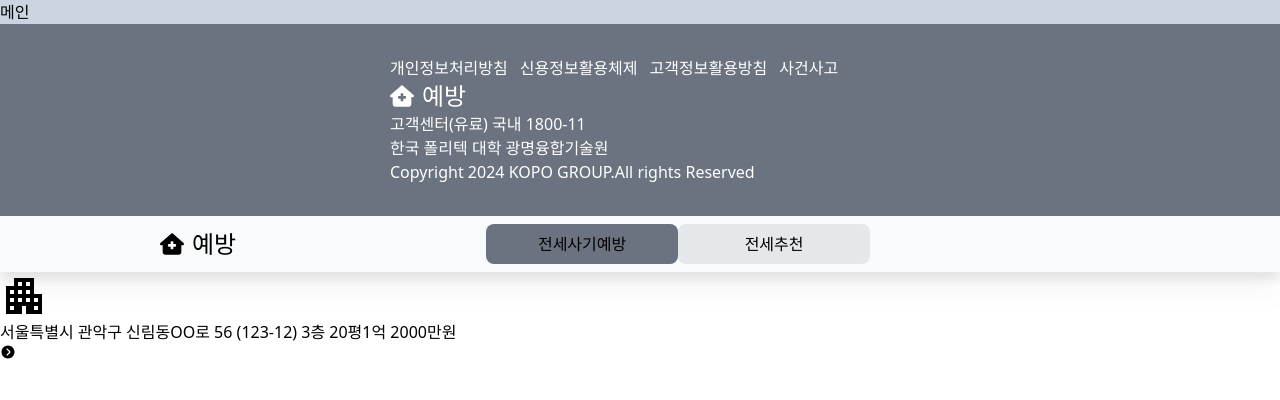
Repository: hanaTI-team-1/frontend
Page: /
These files come from the project's save history. The page is drawn as it stood at one moment and after the next save; the edit follows.
The browser window is 1280 px wide. The pictures show the whole page.
The project was rebuilt for these pictures with package versions that can differ from the ones it lists, and the page was loaded fresh each time. Also part of the build but not shown: vite.config.js, src/App.css, src/components/Recommend.jsx, src/components/Protect.jsx.

Above is the page before, as saved 2024-07-11 21:32:19.

### src/App.jsx
import { Route, Routes } from "react-router-dom";
import "./App.css";
import Main from "./components/Main";
import Recommend from "./components/Recommend";
import Protect from "./components/Protect";

function App() {
  return (
    <>
      <Routes>
        <Route path="/" element={<Main />} />
        <Route path="/protect" element={<Protect />} />
        <Route path="/recommend" element={<Recommend />} />
      </Routes>
    </>
  );
}

export default App;

### src/components/Main.jsx
import { Footer } from './Footer';
import { Header } from './Header';
import { JeonseCard } from './JeonseCard';

export default function Main() {
  return (
    <>
      <div className="bg-slate-300">메인</div>
      <Footer />
      <Header />
      <ul>
        <JeonseCard />
      </ul>
    </>
  );
}

### src/components/Footer.jsx
import { Logo } from './Logo'

export const Footer = () => {
  return <footer className='h-48 flex items-center justify-center bg-gray-500 text-white'>
    <div className='min-w-[500px]'>
      <nav>
        <ul className='flex gap-3'>
          <li className='cursor-pointer'>개인정보처리방침</li>
          <li className='cursor-pointer'>신용정보활용체제</li>
          <li className='cursor-pointer'>고객정보활용방침</li>
          <li className='cursor-pointer'>사건사고</li>
        </ul>
      </nav>
      <div><Logo /></div>
      <div>고객센터(유료) 국내 1800-11</div>
      <div>한국 폴리텍 대학 광명융합기술원</div>
      <div>Copyright 2024 KOPO GROUP.All rights Reserved</div>
    </div>
  </footer>
}

### src/components/Header.jsx
import { Logo } from './Logo'
import { Link } from 'react-router-dom'

export const Header = () => {
  return <header className='bg-slate-50 xl:px-40 flex w-full h-14 items-center justify-between drop-shadow-xl'>
    <Logo />
    <nav className='flex'>
      {/* 클릭하면 /proctect로 이동 */}
      <Link to={"/protect"}
        className='h-10 leading-10 rounded-lg bg-gray-500 text-center w-48 cursor-pointer hover:bg-gray-600 hover:rounded-full duration-150'
      >
        전세사기예방
      </Link>
      {/* 클릭하면 /로 이동 */}
      <Link to={"/recommend"}
        className='h-10 leading-10 rounded-lg bg-gray-200 text-center w-48 cursor-pointer hover:bg-gray-300 hover:rounded-full duration-150'
      >
        전세추천
      </Link>
    </nav>
    <div />
  </header>

}

### src/components/JeonseCard.jsx
import { IoIosArrowDroprightCircle } from 'react-icons/io'
import { MdApartment } from 'react-icons/md'

export const JeonseCard = () => {
  return <li>
    {/* right box */}
      <div>
        {/* icon */}
        <div>
          <MdApartment size={48}/>
        </div>
        <div>
          <span>서울특별시 관악구 신림동</span>
          <span>OO로 56 (123-12) 3층 20평</span>
          <span>1억 2000만원</span>
        </div>
        <div>
          <IoIosArrowDroprightCircle />
        </div>
      </div>
  </li>
}

### src/components/Logo.jsx
import { FaHouseMedical } from 'react-icons/fa6'
import { Link } from 'react-router-dom'

export const Logo = () => {
  return <Link to={"/"} className='flex items-center gap-2 cursor-pointer'>
    <FaHouseMedical size={24} />
    <span className='text-2xl'>예방</span>
  </Link>
}

Loaded but not shown: index.html (common file); src/main.jsx (common file); src/index.css (common file); tailwind.config.js (common file)

After the next save:
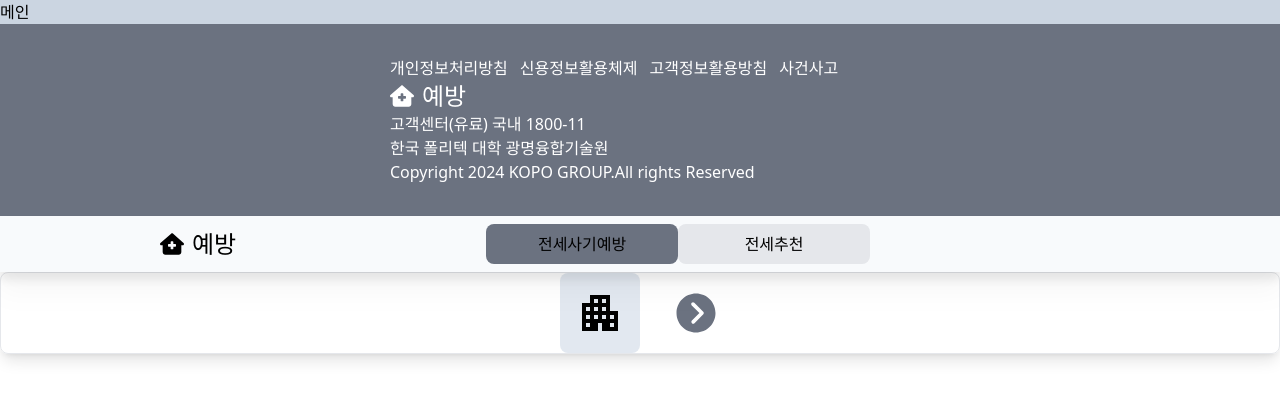
Saved 4 min 9 s later.
--- a/src/components/JeonseCard.jsx
+++ b/src/components/JeonseCard.jsx
@@ -1,21 +1,21 @@
 import { IoIosArrowDroprightCircle } from 'react-icons/io'
 import { MdApartment } from 'react-icons/md'
 
-export const JeonseCard = () => {
-  return <li>
+export const JeonseCard = ({address1, address2, price}) => {
+  return <li className='flex gap-4 border shadow-lg items-center justify-center cursor-pointer rounded-lg'>
     {/* right box */}
-      <div>
+      <div className='flex gap-4 items-center'>
         {/* icon */}
-        <div>
+        <div className='h-20 w-20 flex items-center justify-center bg-slate-200 rounded-lg'>
           <MdApartment size={48}/>
         </div>
-        <div>
-          <span>서울특별시 관악구 신림동</span>
-          <span>OO로 56 (123-12) 3층 20평</span>
-          <span>1억 2000만원</span>
+        <div className='flex flex-col'>
+          <span className='font-bold text-lg'>{address1}</span>
+          <span className='text-xs opacity-40'>{address2}</span>
+          <span className='font-bold text-lg'>{price}</span>
         </div>
         <div>
-          <IoIosArrowDroprightCircle />
+          <IoIosArrowDroprightCircle size={48} className='text-gray-500'/>
         </div>
       </div>
   </li>
